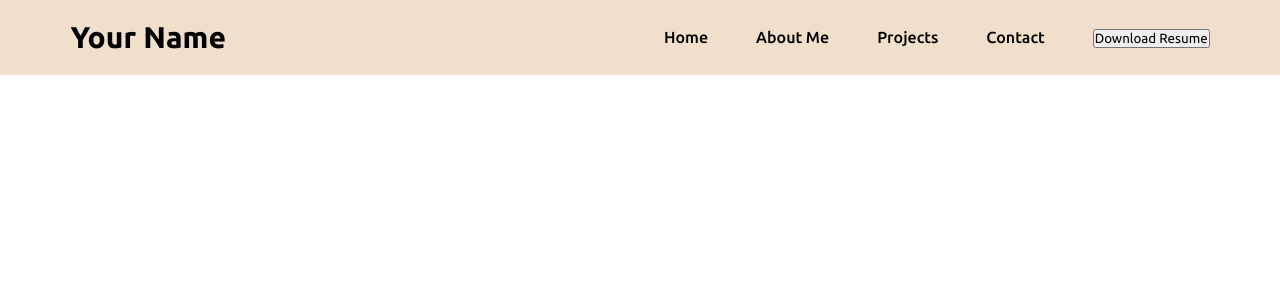
Repository: DevAntonioRogers/vanilla-portfolio
Page: index.html
An editor plug-in stored every save of this project. The page is shown before and after the next save, followed by the edit.
The browser window is 1280 px wide. The pictures show the whole page.

Above is the page before, as saved 2023-07-14 16:11:19.

### index.html
<!DOCTYPE html>
<html lang="en">
  <head>
    <meta charset="UTF-8" />
    <meta name="viewport" content="width=device-width, initial-scale=1.0" />
    <link rel="stylesheet" href="style.css" />
    <title>Antonio Rogers</title>
  </head>
  <body>
    <nav>
      <div class="container navbar">
        <a href="/" aria-label="Home"> <h1>Your Name</h1></a>
        <ul>
          <li>
            <a href="/" aria-label="Home">Home</a>
          </li>
          <li>
            <a href="/" aria-label="About Me">About Me</a>
          </li>
          <li>
            <a href="/" aria-label="Projects">Projects</a>
          </li>
          <li>
            <a href="/" aria-label="Contact">Contact</a>
          </li>
          <li>
            <a href="/resume.pdf" download aria-label="Download Resume">
              <button class="navbar-button">Download Resume</button>
            </a>
          </li>
        </ul>
      </div>
    </nav>

    <section class="hero">
      <div class="container hero-container"></div>
    </section>
  </body>
</html>

### style.css
@import url("https://fonts.googleapis.com/css2?family=Ubuntu:wght@300;400;500;700&display=swap");

* {
  box-sizing: border-box;
  padding: 0;
  margin: 0;
  font-family: "Ubuntu", sans-serif;
}

a {
  text-decoration: none;
  color: inherit;
}

li {
  list-style: none;
}

.container {
  width: 89%;
  margin: auto;
  max-width: 1500px;
}

nav {
  background: #f0dfcb;
  padding: 20px 0;
}

.navbar {
  display: flex;
  justify-content: space-between;
  align-items: center;
}

.navbar h1 {
  font-size: 30px;
  font-weight: 700;
}

.navbar ul {
  display: flex;
  gap: 3rem;
}

.navbar ul li {
  font-weight: 500;
}

After the next save:
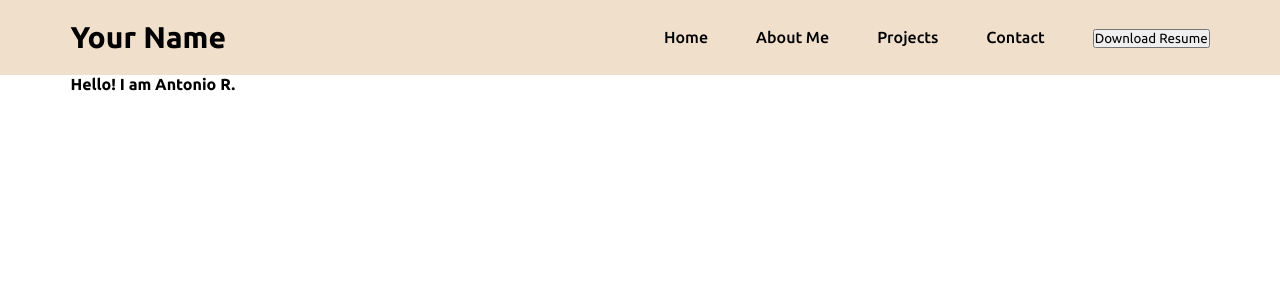
Saved 29 s later.
--- a/index.html
+++ b/index.html
@@ -33,7 +33,9 @@
     </nav>
 
     <section class="hero">
-      <div class="container hero-container"></div>
+      <div class="container hero-container">
+        <h4>Hello! I am Antonio R.</h4>
+      </div>
     </section>
   </body>
 </html>
